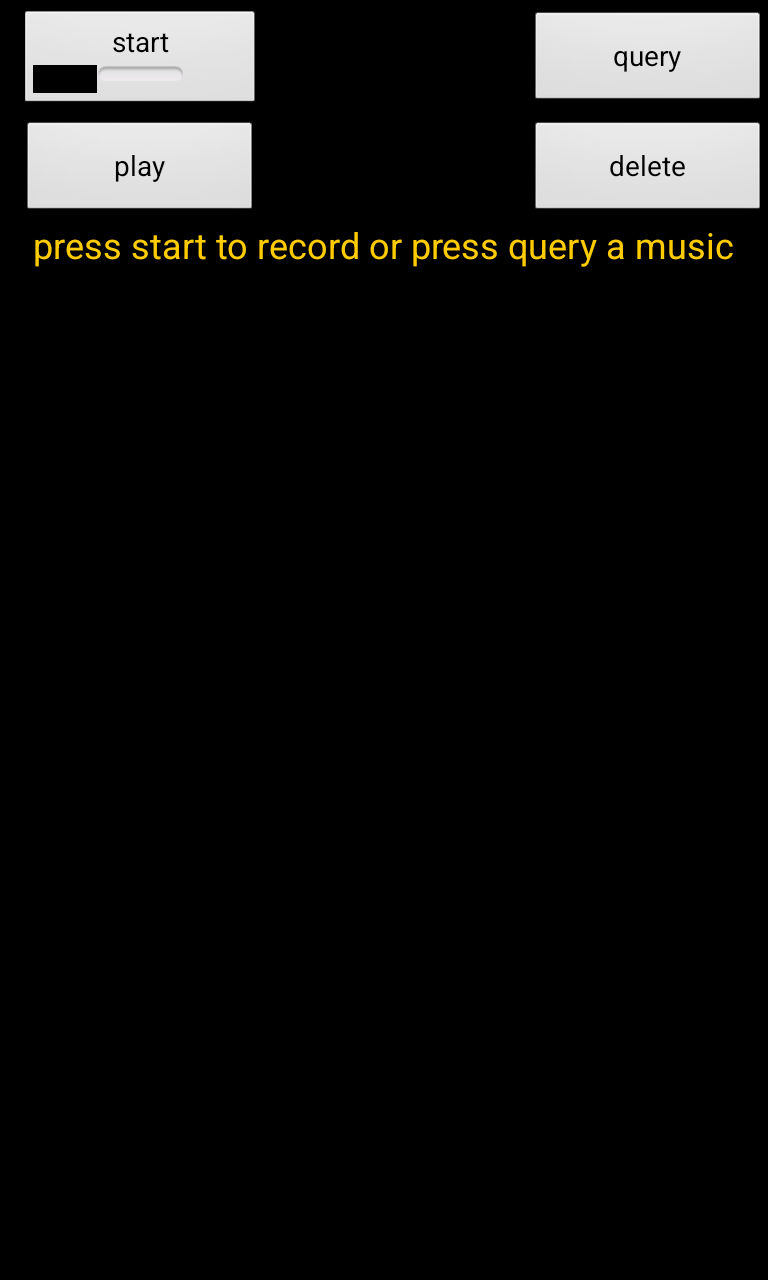
Repository: FreyrChen/tucan_Linux_practice
Layout: 4_Android_program/MusicIdentify/res/layout/activity_main.xml
An editor plug-in stored every save of this project. The layout is shown before and after the next save, followed by the edit.
It is drawn on a 768 x 1280 px phone screen (xhdpi) without system bars, with theme AppTheme; the app's code is not run. Lists and similar views that code fills are empty.

Above is the layout before, as saved 2013-06-09 08:16:18.

### 4_Android_program/MusicIdentify/res/layout/activity_main.xml
<RelativeLayout xmlns:android="http://schemas.android.com/apk/res/android"
    xmlns:tools="http://schemas.android.com/tools"
    android:layout_width="match_parent"
    android:layout_height="match_parent"
    android:background="#000000"
    tools:context=".MainActivity" >


     <ToggleButton
		android:id="@+id/start_button"
		android:textOn="@string/stop"
		android:textOff="@string/start"
	 	android:layout_width="120dp"
	 	android:layout_height="50dp"
	    android:layout_alignParentLeft="true"
	    android:layout_marginTop="5dp"
	    android:layout_marginLeft="10dp"
 	/>

    <Button
	 	android:id="@+id/query_button"
	 	android:layout_width="120dp"
	 	android:layout_height="50dp"
	 	android:text="@string/query"
	    android:layout_marginTop="5dp"
	    android:layout_marginLeft="10dp"
	    android:layout_alignParentRight="true"
 	/>

    <Button
	 	android:id="@+id/play_button"
		android:text="@string/play"
	 	android:layout_width="120dp"
	 	android:layout_height="50dp"
	    android:layout_alignParentLeft="true"
	    android:layout_marginTop="5dp"
	    android:layout_marginLeft="10dp"
	    android:layout_below="@+id/start_button"
 	/>


    <Button
	 	android:id="@+id/delete_button"
	 	android:layout_width="120dp"
	 	android:layout_height="50dp"
	 	android:text="@string/delete"
	    android:layout_marginTop="5dp"
	    android:layout_marginLeft="10dp"
	    android:layout_alignParentRight="true"
	    android:layout_below="@+id/query_button"
 	/>

    <TextView
        android:id="@+id/info_text"
        android:layout_width="wrap_content"
        android:layout_height="wrap_content"
        android:layout_centerHorizontal="true"
        android:textSize="18sp"
        android:text="@string/init_text"
        android:background="#00FF0000"
	    android:textColor="#FFCC00"
	    android:layout_below="@+id/delete_button"
    />

	<ListView
        android:id="@+id/music_List"
        android:layout_width="wrap_content"
        android:layout_height="wrap_content"
        android:layout_centerHorizontal="true"
        android:background="#00FF0000"
	    android:textColor="#FF0000"
	    android:layout_below="@+id/info_text"
    />



</RelativeLayout>

### 4_Android_program/MusicIdentify/res/values/strings.xml
<?xml version="1.0" encoding="utf-8"?>
<resources>

    <string name="app_name">MusicIdentify</string>
    <string name="init_text">press start to record or press query a music</string>
    <string name="menu_settings">Settings</string>
    <string name="start">start</string>
    <string name="stop">stop</string>
    <string name="play">play</string>
    <string name="query">query</string>
    <string name="delete">delete</string>
    <string name="manual_start">Manual start</string>


</resources>

Loaded but not shown: 4_Android_program/MusicIdentify/res/values/styles.xml (common file)

After the next save:
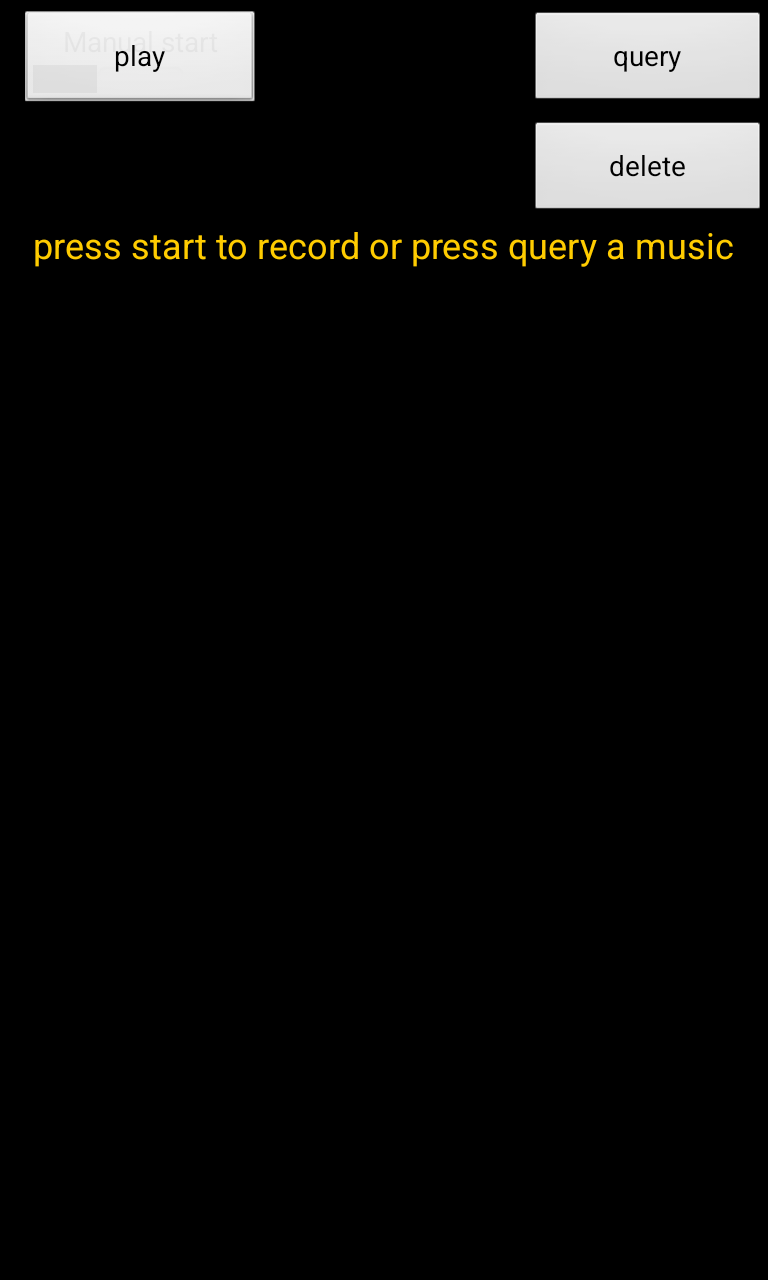
Saved 3 s later.
--- a/4_Android_program/MusicIdentify/res/layout/activity_main.xml
+++ b/4_Android_program/MusicIdentify/res/layout/activity_main.xml
@@ -7,9 +7,9 @@
 
 
      <ToggleButton
-		android:id="@+id/start_button"
+		android:id="@+id/manual_start_button"
 		android:textOn="@string/stop"
-		android:textOff="@string/start"
+		android:textOff="@string/manual_start"
 	 	android:layout_width="120dp"
 	 	android:layout_height="50dp"
 	    android:layout_alignParentLeft="true"
